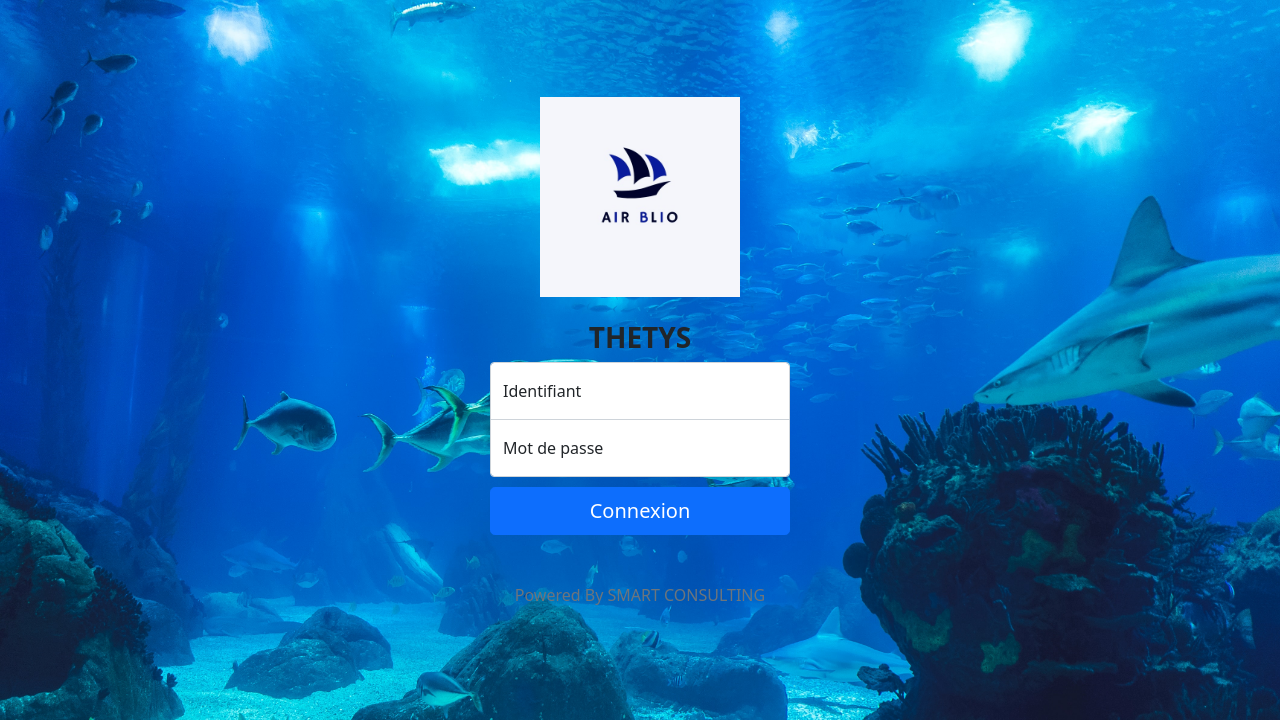
Repository: Elie-Dey/airblio
Page: index.html
The author's editor kept a copy of each file at every save. The page is drawn from the files as they stood at one save, then again after the next save.
The browser window is 1280 px wide. The pictures show the whole page.

Above is the page before, as saved 2022-03-30 16:26:27.

After the next save:
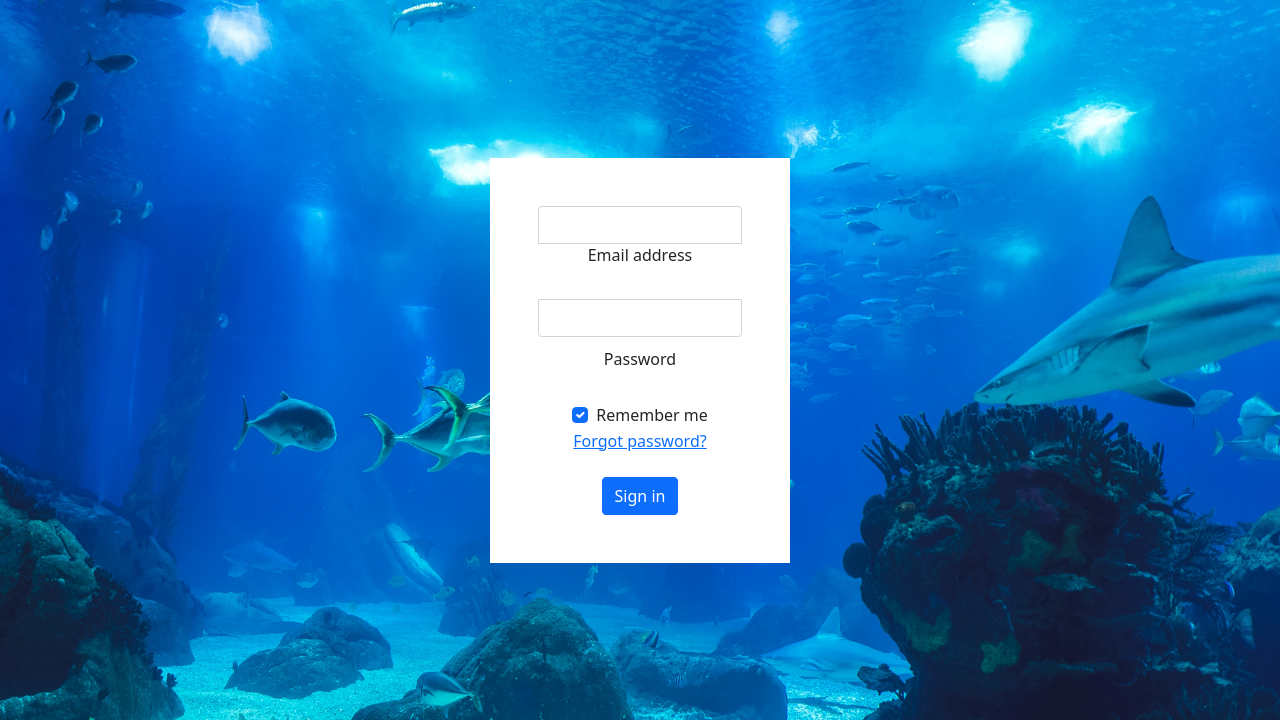
Saved 2 min 34 s later.
--- a/index.html
+++ b/index.html
@@ -49,7 +49,7 @@
   </head>
   <body class="text-center">
     <main class="form-signin">
-      <form action="dashboard.html" method="">
+      <!-- <form action="dashboard.html" method="">
         <img
           class="mb-4"
           src="images/logo.png"
@@ -83,6 +83,46 @@
         </button>
 
         <p class="mt-5 mb-3 text-muted">Powered By SMART CONSULTING</p>
+      </form> -->
+      <form class="bg-white rounded-5 shadow-5-strong p-5">
+        <!-- Email input -->
+        <div class="form-outline mb-4">
+          <input type="email" id="form1Example1" class="form-control" />
+          <label class="form-label" for="form1Example1">Email address</label>
+        </div>
+
+        <!-- Password input -->
+        <div class="form-outline mb-4">
+          <input type="password" id="form1Example2" class="form-control" />
+          <label class="form-label" for="form1Example2">Password</label>
+        </div>
+
+        <!-- 2 column grid layout for inline styling -->
+        <div class="row mb-4">
+          <div class="col d-flex justify-content-center">
+            <!-- Checkbox -->
+            <div class="form-check">
+              <input
+                class="form-check-input"
+                type="checkbox"
+                value=""
+                id="form1Example3"
+                checked
+              />
+              <label class="form-check-label" for="form1Example3">
+                Remember me
+              </label>
+            </div>
+          </div>
+
+          <div class="col text-center">
+            <!-- Simple link -->
+            <a href="#!">Forgot password?</a>
+          </div>
+        </div>
+
+        <!-- Submit button -->
+        <button type="submit" class="btn btn-primary btn-block">Sign in</button>
       </form>
     </main>
   </body>
